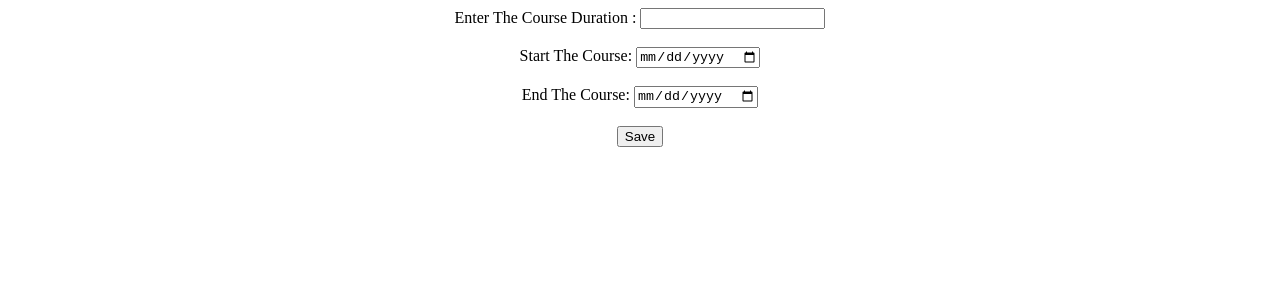
Repository: Gauravsh20/CollegeProject
Page: http://localhost/Clg_project/Add_Courses.jsp
The author's editor kept a copy of each file at every save. The page is drawn from the files as they stood at one save, then again after the next save.
The browser window is 1280 px wide. The pictures show the whole page.
The page is served by Tomcat 9.

Above is the page before, as saved 2022-10-25 05:01:29.

After the next save:
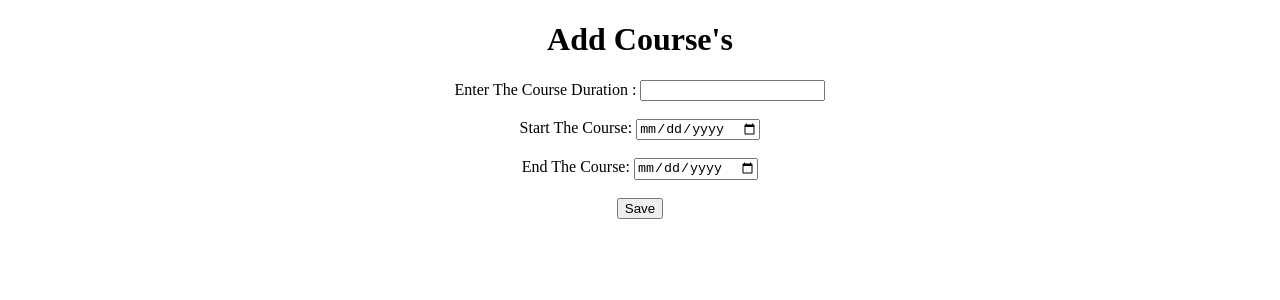
Saved 30 s later.
--- a/Clg_project/src/main/webapp/Add_Courses.jsp
+++ b/Clg_project/src/main/webapp/Add_Courses.jsp
@@ -9,6 +9,7 @@
 </head>
 <body>
 <center><form action="">
+<h1>Add Course's</h1>
 Enter The Course Duration :
 <input type="number" name="courseno"/><br/><br/>
 Start The Course:
